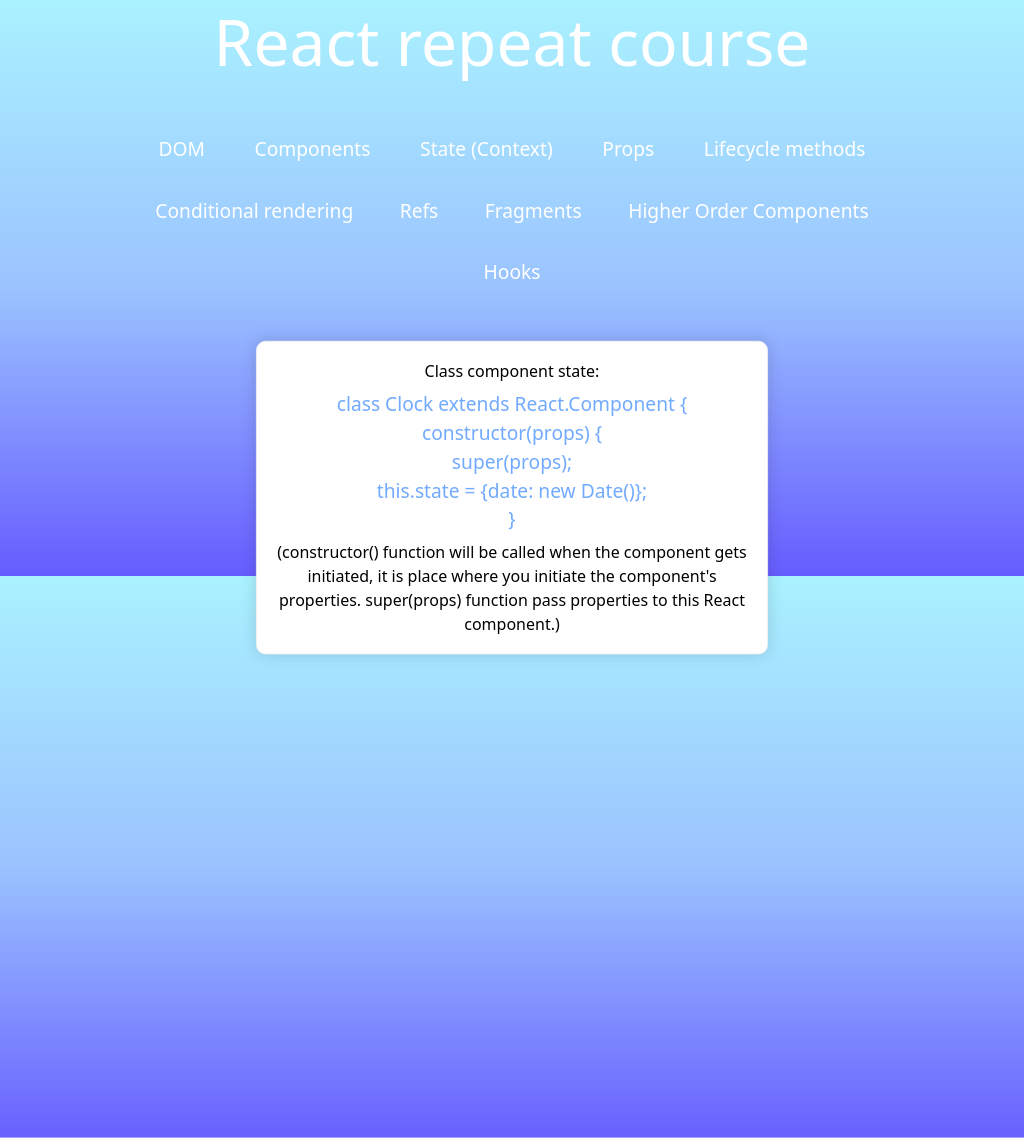
Repository: michalgornicki/github
Page: /#/State
The author's editor kept a copy of each file at every save. The page is drawn from the files as they stood at one save, then again after the next save.
The browser window is 1280 px wide. The pictures show the whole page, at 80% of full size.
Backgrounds fixed to the window are drawn as part of the page. The project was rebuilt for these pictures with package versions that can differ from the ones it lists, and the page was loaded fresh each time. Also part of the build but not shown: src/components/dom.jsx, src/components/components.jsx, src/components/props.jsx, src/components/lifecycle.jsx, src/components/conditional.jsx, src/components/refs.jsx, src/components/fragments.jsx, src/components/hoc.jsx and 1 more.

Above is the page before, as saved 2022-02-07 12:47:10.

After the next save:
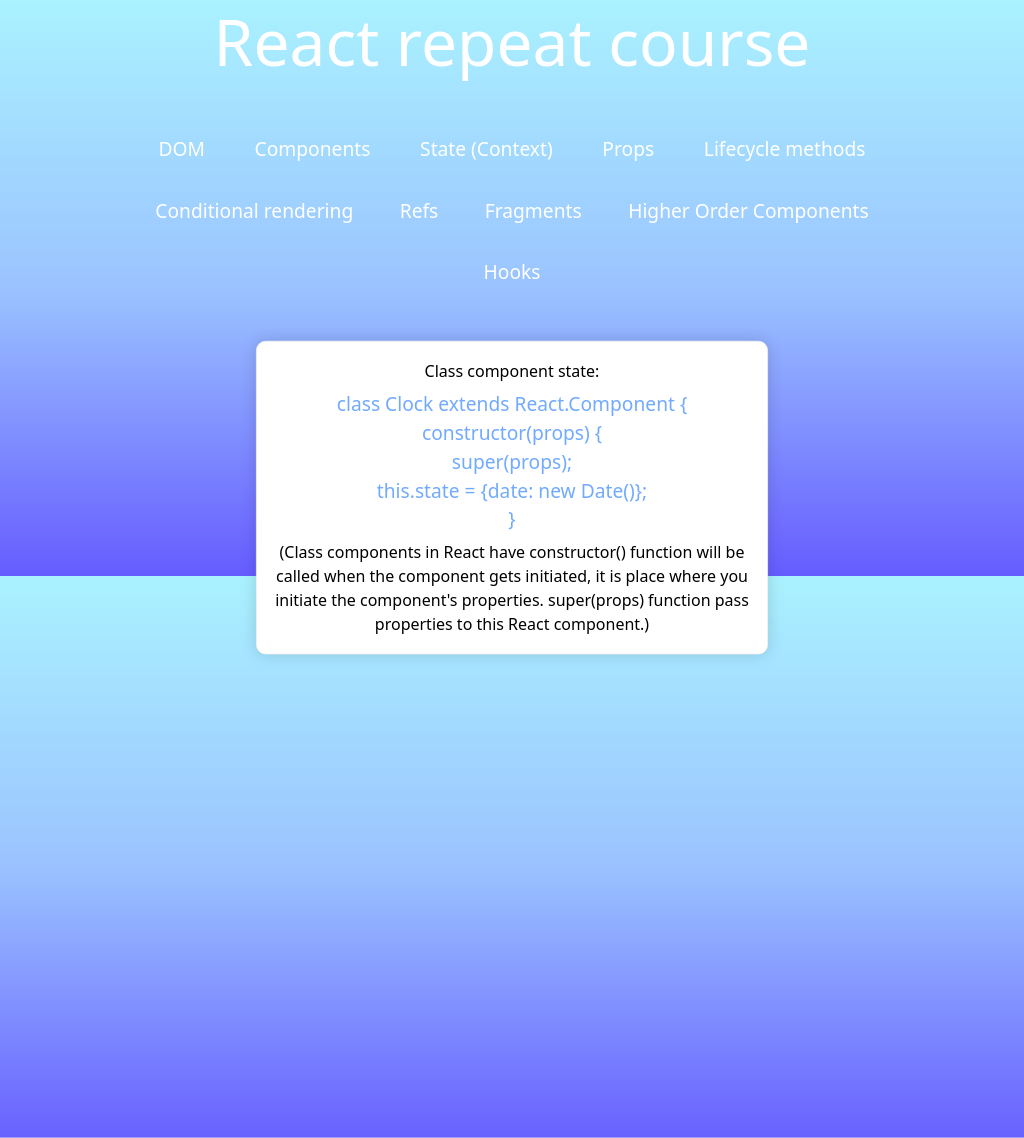
Saved 4 min 58 s later.
--- a/src/components/state.jsx
+++ b/src/components/state.jsx
@@ -11,7 +11,7 @@
           {`this.state = {date: new Date()};`}{" "} <br />
           {`}`}{" "}
         </div>{" "}
-        (constructor() function will be called when the component gets initiated, it is place where you initiate the component's properties. super(props) function pass properties to this React component.)
+        (Class components in React have constructor() function will be called when the component gets initiated, it is place where you initiate the component's properties. super(props) function pass properties to this React component.)
       </div>
     </div>
   );
